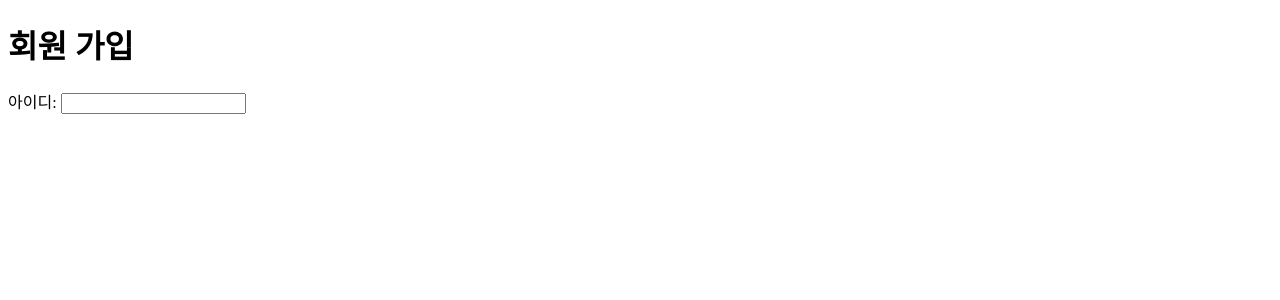
Repository: Chojaejun/javastudy
Page: HelloWorld/WebContent/Test5.html
An editor plug-in stored every save of this project. The page is shown before and after the next save, followed by the edit.
The browser window is 1280 px wide. The pictures show the whole page.

Above is the page before, as saved 2020-12-07 03:27:44.

### HelloWorld/WebContent/Test5.html
<!DOCTYPE html>
<html>
<head>
<meta charset="UTF-8">
<title>회원가입 페이지</title>
</head>
<body>
<h1>회원 가입</h1>
<form action="Test6.html">
<label for="id">아이디: </label>
<input id="id" name="id">




</form>

</body>
</html>

After the next save:
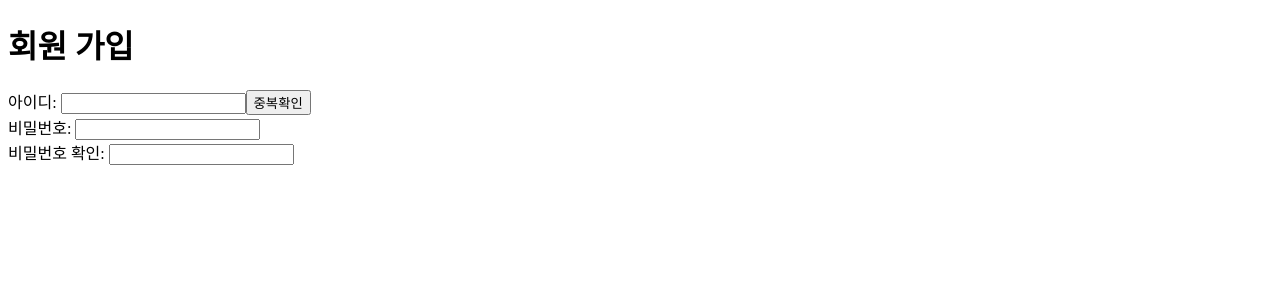
Saved 2 min 18 s later.
--- a/HelloWorld/WebContent/Test5.html
+++ b/HelloWorld/WebContent/Test5.html
@@ -6,9 +6,19 @@
 </head>
 <body>
 <h1>회원 가입</h1>
-<form action="Test6.html">
+<form action="Test6.html" method="post">
 <label for="id">아이디: </label>
-<input id="id" name="id">
+<input id="id" name="id"><button>중복확인</button>
+<br>
+<label for="ps1">비밀번호: </label>
+<input id="ps1" type="password" name="ps1">
+<br>
+<label for="ps2">비밀번호 확인: </label>
+<input id="ps2" type="password" name="ps2">
+<br>
+
+
+
 
 
 
